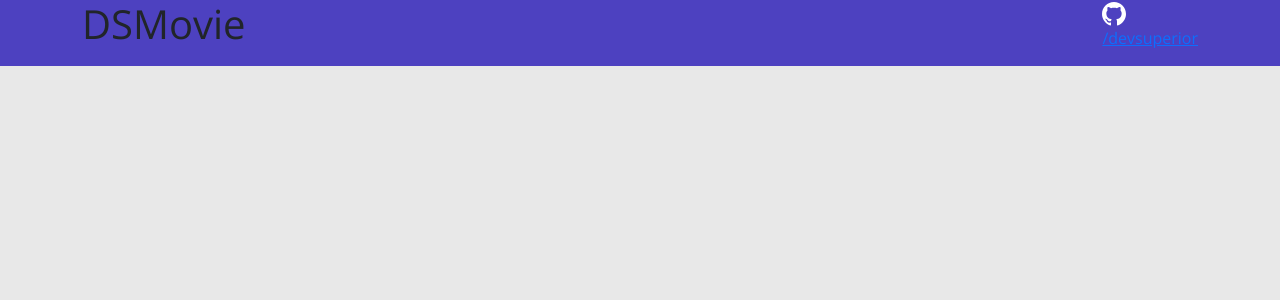
Repository: lcpsantos/dsmovie
Page: / (app in frontend/)
An editor plug-in stored every save of this project. The page is shown before and after the next save, followed by the edit.
The browser window is 1280 px wide. The pictures show the whole page.
The project was rebuilt for these pictures with package versions that can differ from the ones it lists, and the page was loaded fresh each time.

Above is the page before, as saved 2022-03-12 22:00:37.

### frontend/src/index.tsx
import React from 'react';
import ReactDOM from 'react-dom';
import './index.css';
import 'bootstrap/dist/css/bootstrap.css';
import App from './App';

ReactDOM.render(
  <React.StrictMode>
    <App />
  </React.StrictMode>,
  document.getElementById('root')
);

### frontend/src/App.tsx
import Navbar from "./components/Navbar";

function App() {
  return (
   <Navbar />
  );
}

export default App;

### frontend/src/components/Navbar/index.tsx
import { ReactComponent as GitHubIcon } from "assets/img/github.svg";
import './styles.css';

function Navbar() {
  return (
    <header>
      <nav className="container">
        <div className="dsmovie-nav-content">
          <h1>DSMovie</h1>
          <a href="https://github.com/lcpsantos">
            <div className="dsmovie-contact-container">
              <GitHubIcon />
              <p>/devsuperior</p>
            </div>
          </a>
        </div>
      </nav>
    </header>
  );
}

export default Navbar;

### frontend/src/components/Navbar/styles.css
header {
  background-color: var(--color-primary);
}

.dsmovie-nav-content {
  display: flex;
  justify-content: space-between;
}

Loaded but not shown: frontend/public/index.html (common file); frontend/src/index.css (common file)

After the next save:
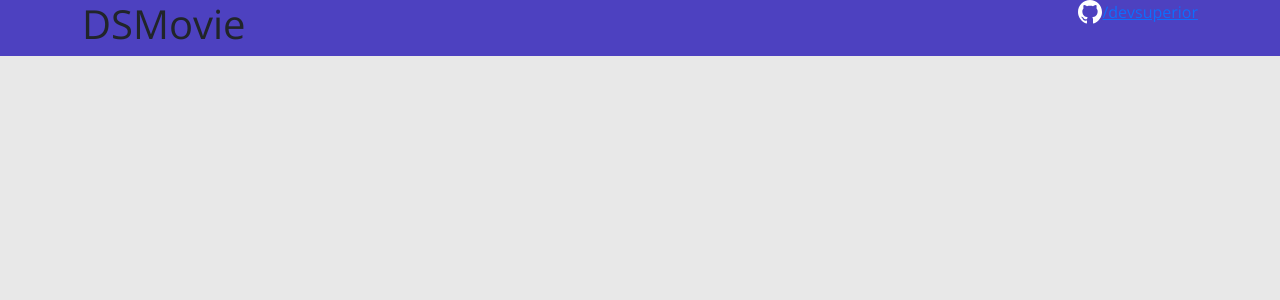
Saved 1 s later.
--- a/frontend/src/components/Navbar/styles.css
+++ b/frontend/src/components/Navbar/styles.css
@@ -5,4 +5,9 @@
 .dsmovie-nav-content {
   display: flex;
   justify-content: space-between;
+
 }
+
+.dsmovie-contact-container {
+  display: flex;
+}
